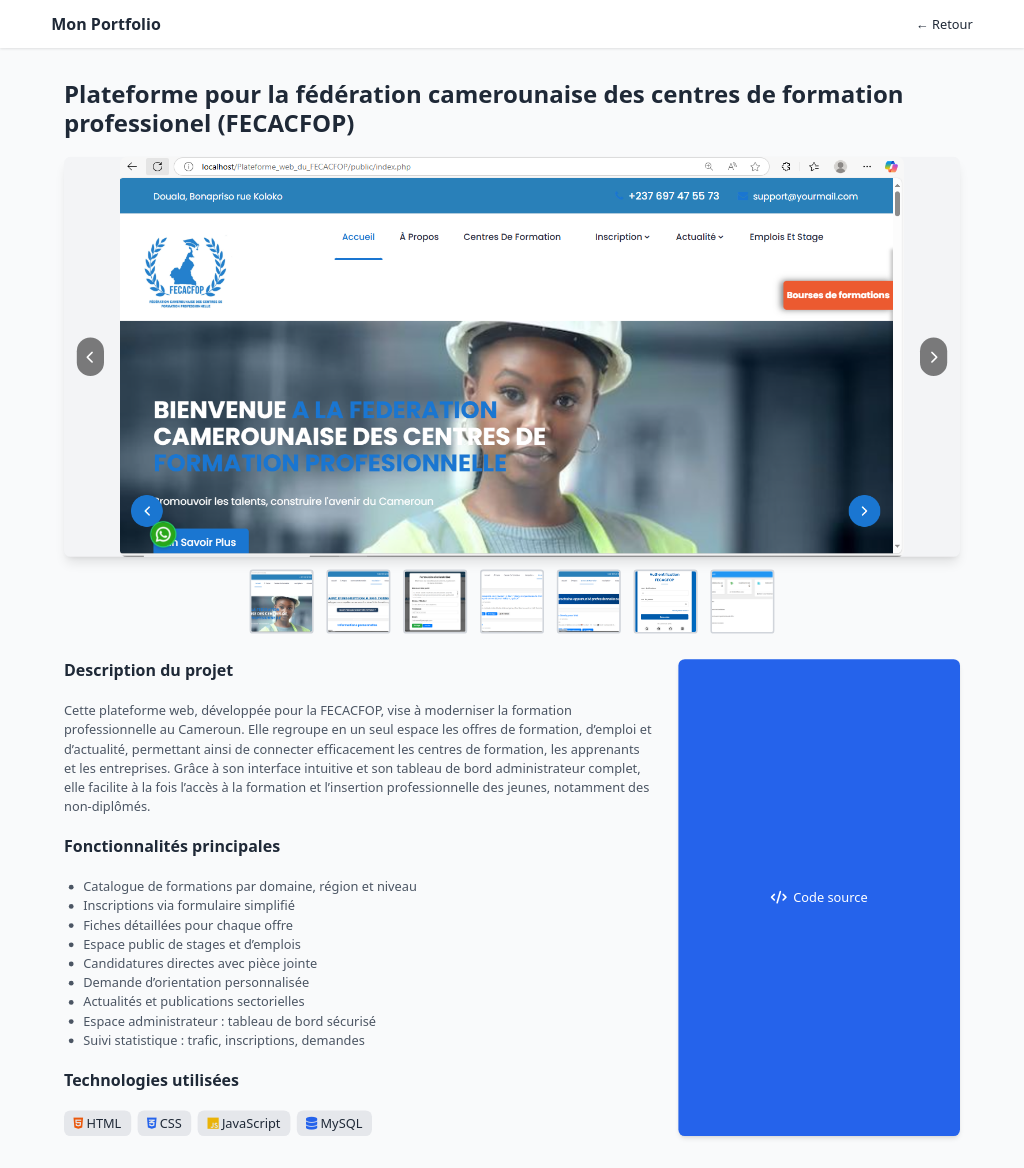
Repository: Edongo999/landry-portfolio
Page: projet-plateforme-web-FECACFOP.html
These files come from the project's save history. The page is drawn as it stood at one moment and after the next save; the edit follows.
The browser window is 1280 px wide. The pictures show the whole page, at 80% of full size.
Some web libraries are served in a nearby version.

Above is the page before, as saved 2025-09-14 01:57:00.

### projet-plateforme-web-FECACFOP.html

<!DOCTYPE html>
<html lang="fr">
<head>
  <meta charset="UTF-8" />
  <meta name="viewport" content="width=device-width, initial-scale=1.0" />
  <title>Détail du projet - Portfolio</title>
  <script src="https://cdn.tailwindcss.com"></script>
  <link rel="stylesheet" href="https://cdnjs.cloudflare.com/ajax/libs/font-awesome/6.4.0/css/all.min.css">
</head>
<body class="bg-gray-50 text-gray-800">

  <!-- Header -->
  <header class="bg-white shadow p-4 sticky top-0 z-50">
    <div class="max-w-6xl mx-auto flex justify-between items-center">
      <h1 class="text-xl font-bold">Mon Portfolio</h1>
      <a href="index.html" class="text-primary-600 hover:underline">← Retour</a>
    </div>
  </header>

  <!-- Section Détail Projet -->
  <section class="max-w-6xl mx-auto px-4 py-10">
    <h2 class="text-3xl font-bold mb-6">Plateforme pour la fédération camerounaise des centres de formation professionel (FECACFOP) </h2>

    <!-- Slider images/vidéos -->
    <div class="relative w-full max-h-[500px] mx-auto overflow-hidden rounded-lg shadow-lg mb-4 flex justify-center items-center bg-gray-100">
      <div id="slide-container" class="w-full flex justify-center items-center"></div>
      <button onclick="prevSlide()" class="absolute top-1/2 left-4 transform -translate-y-1/2 bg-black/50 text-white p-3 rounded-full z-10">
        <i class="fas fa-chevron-left"></i>
      </button>
      <button onclick="nextSlide()" class="absolute top-1/2 right-4 transform -translate-y-1/2 bg-black/50 text-white p-3 rounded-full z-10">
        <i class="fas fa-chevron-right"></i>
      </button>
    </div>

    <!-- Miniatures -->
    <div class="flex justify-center gap-4 mb-8">
      <img src="assets/img/FECACFOP/CaptureACCUEIL.PNG" class="w-20 h-20 object-cover cursor-pointer border-2 border-primary-600 rounded" onclick="goToSlide(0)">
      <img src="assets/img/FECACFOP/CaptureINSCRIPTION.PNG" class="w-20 h-20 object-cover cursor-pointer border-2 border-gray-300 rounded" onclick="goToSlide(1)">
      <img src="assets/img/FECACFOP/CaptureORIENTATION.PNG" class="w-20 h-20 object-cover cursor-pointer border-2 border-gray-300 rounded" onclick="goToSlide(2)">
      <img src="assets/img/FECACFOP/CaptureActualité.PNG" class="w-20 h-20 object-cover cursor-pointer border-2 border-gray-300 rounded" onclick="goToSlide(3)">
      <img src="assets/img/FECACFOP/CaptureEMPLLOI.PNG" class="w-20 h-20 object-cover cursor-pointer border-2 border-gray-300 rounded" onclick="goToSlide(4)">
      <img src="assets/img/FECACFOP/AUTHENT.PNG" class="w-20 h-20 object-cover cursor-pointer border-2 border-gray-300 rounded" onclick="goToSlide(5)">
      <img src="assets/img/FECACFOP/DASHBORD.PNG" class="w-20 h-20 object-cover cursor-pointer border-2 border-gray-300 rounded" onclick="goToSlide(6)">
      <!-- Exemple vidéo miniature -->
      <!-- <img src="assets/img/video-thumb.png" class="w-20 h-20 object-cover cursor-pointer border-2 border-gray-300 rounded" onclick="goToSlide(3)"> -->
    </div>

   <!-- Description et boutons -->
<div class="grid grid-cols-1 md:grid-cols-3 gap-8">
  <!-- Colonne principale : description + fonctionnalités + technologies -->
  <div class="md:col-span-2 space-y-6">
    <h3 class="text-xl font-semibold mb-2">Description du projet</h3>
    <p class="text-gray-600">
      Cette plateforme web, développée pour la FECACFOP, vise à moderniser la formation professionnelle au Cameroun. Elle regroupe en un seul espace les offres de formation, d’emploi et d’actualité, permettant ainsi de connecter efficacement les centres de formation, les apprenants et les entreprises. Grâce à son interface intuitive et son tableau de bord administrateur complet, elle facilite à la fois l’accès à la formation et l’insertion professionnelle des jeunes, notamment des non-diplômés.
    </p>

    <h3 class="text-xl font-semibold mb-2">Fonctionnalités principales</h3>
    <ul class="list-disc pl-6 text-gray-600 mb-4">
      <li>Catalogue de formations par domaine, région et niveau</li>
      <li>Inscriptions via formulaire simplifié</li>
      <li>Fiches détaillées pour chaque offre</li>
      <li>Espace public de stages et d’emplois</li>
      <li>Candidatures directes avec pièce jointe</li>
      <li>Demande d’orientation personnalisée</li>
      <li>Actualités et publications sectorielles</li>
      <li>Espace administrateur : tableau de bord sécurisé</li>
      <li>Suivi statistique : trafic, inscriptions, demandes</li>
    </ul>

    <h3 class="text-xl font-semibold mb-2">Technologies utilisées</h3>
    <div class="flex flex-wrap gap-2 mb-4">
      <span class="flex items-center gap-1 px-3 py-1 bg-gray-200 rounded-lg">
        <i class="fab fa-html5 text-orange-600"></i> HTML
      </span>
      <span class="flex items-center gap-1 px-3 py-1 bg-gray-200 rounded-lg">
        <i class="fab fa-css3-alt text-blue-600"></i> CSS
      </span>
      <span class="flex items-center gap-1 px-3 py-1 bg-gray-200 rounded-lg">
        <i class="fab fa-js text-yellow-500"></i> JavaScript
      </span>
      <span class="flex items-center gap-1 px-3 py-1 bg-gray-200 rounded-lg">
        <i class="fas fa-database text-blue-600"></i> MySQL
      </span>
    </div>
  </div>

  <!-- Colonne droite : boutons -->

    <a href="https://github.com/toncompte/nom-du-projet" target="_blank" class="flex items-center justify-center w-full bg-blue-600 text-white py-3 rounded-lg text-center
       hover:bg-blue-700 hover:-translate-y-1 transform transition duration-300 shadow-md hover:shadow-lg">
      <i class="fas fa-code mr-2"></i> Code source
    </a>
  </div>




  </section>

<script>
  const slides = [
    { type: 'image', src: "assets/img/FECACFOP/CaptureACCUEIL.PNG" },
    { type: 'image', src: "assets/img/FECACFOP/CaptureINSCRIPTION.PNG" },
    { type: 'image', src: "assets/img/FECACFOP/CaptureORIENTATION.PNG" },
    { type: 'image', src: "assets/img/FECACFOP/CaptureActualité.PNG" },
    { type: 'image', src: "assets/img/FECACFOP/CaptureEMPLLOI.PNG" },
    { type: 'image', src: "assets/img/FECACFOP/AUTHENT.PNG" },
    { type: 'image', src: "assets/img/FECACFOP/DASHBORD.PNG" },
    // { type: 'video', src: "assets/video/demo.mp4" } // Exemple vidéo
  ];
  let index = 0;
  let slideInterval;
  let userInteracting = false;

  const container = document.getElementById("slide-container");

  function showSlide() {
    container.innerHTML = '';
    const slide = slides[index];
    if(slide.type === 'image'){
      const img = document.createElement("img");
      img.src = slide.src;
      img.alt = "Capture du projet";
      img.className = "w-auto max-h-[500px] object-contain rounded-lg transition-all duration-700";
      container.appendChild(img);
    } else if(slide.type === 'video'){
      const video = document.createElement("video");
      video.src = slide.src;
      video.controls = true;
      video.autoplay = true;
      video.className = "w-auto max-h-[500px] object-contain rounded-lg transition-all duration-700";
      container.appendChild(video);
    }

    // Mise à jour des miniatures
    const thumbs = document.querySelectorAll('.flex.justify-center img');
    thumbs.forEach((img, i) => {
      img.classList.toggle('border-primary-600', i === index);
      img.classList.toggle('border-gray-300', i !== index);
    });
  }

  function nextSlide() { index = (index + 1) % slides.length; showSlide(); }
  function prevSlide() { index = (index - 1 + slides.length) % slides.length; showSlide(); }
  function goToSlide(i){ index = i; showSlide(); }

  function startAutoSlide() {
    slideInterval = setInterval(()=>{ if(!userInteracting) nextSlide(); }, 20000);
  }

  function stopAutoSlide(){ clearInterval(slideInterval); }

  const slideWrapper = document.querySelector('.relative');
  const thumbnails = document.querySelectorAll('.flex.justify-center img');

  slideWrapper.addEventListener('mouseenter', () => userInteracting = true);
  slideWrapper.addEventListener('mouseleave', () => userInteracting = false);

  thumbnails.forEach((thumb, i)=>{
    thumb.addEventListener('click', ()=>{
      userInteracting = true;
      goToSlide(i);
      setTimeout(()=> userInteracting=false,2000);
    });
  });

  document.querySelector('.absolute.left-4').addEventListener('click', ()=>{
    userInteracting=true;
    prevSlide();
    setTimeout(()=> userInteracting=false,2000);
  });
  document.querySelector('.absolute.right-4').addEventListener('click', ()=>{
    userInteracting=true;
    nextSlide();
    setTimeout(()=> userInteracting=false,2000);
  });

  showSlide();
  startAutoSlide();
</script>
</body>
</html>

After the next save:
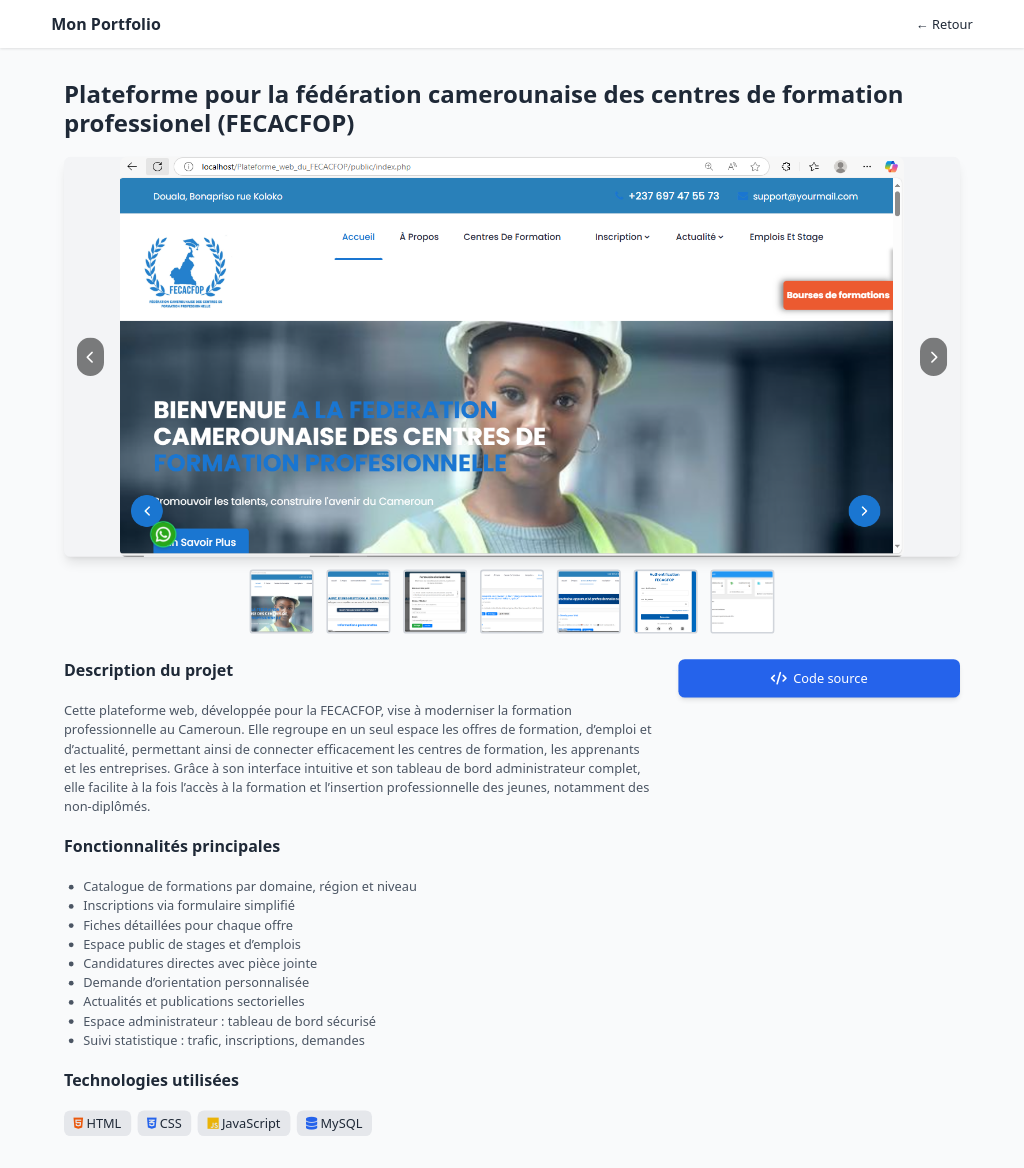
Saved 95 s later.
--- a/projet-plateforme-web-FECACFOP.html
+++ b/projet-plateforme-web-FECACFOP.html
@@ -46,7 +46,7 @@
       <!-- <img src="assets/img/video-thumb.png" class="w-20 h-20 object-cover cursor-pointer border-2 border-gray-300 rounded" onclick="goToSlide(3)"> -->
     </div>
 
-   <!-- Description et boutons -->
+ <!-- Description et bouton Code source -->
 <div class="grid grid-cols-1 md:grid-cols-3 gap-8">
   <!-- Colonne principale : description + fonctionnalités + technologies -->
   <div class="md:col-span-2 space-y-6">
@@ -85,13 +85,14 @@
     </div>
   </div>
 
-  <!-- Colonne droite : boutons -->
-
+  <!-- Colonne droite : bouton Code source -->
+  <div class="flex flex-col gap-4 md:sticky md:top-32">
     <a href="https://github.com/toncompte/nom-du-projet" target="_blank" class="flex items-center justify-center w-full bg-blue-600 text-white py-3 rounded-lg text-center
        hover:bg-blue-700 hover:-translate-y-1 transform transition duration-300 shadow-md hover:shadow-lg">
       <i class="fas fa-code mr-2"></i> Code source
     </a>
   </div>
+</div>
 
 
 
